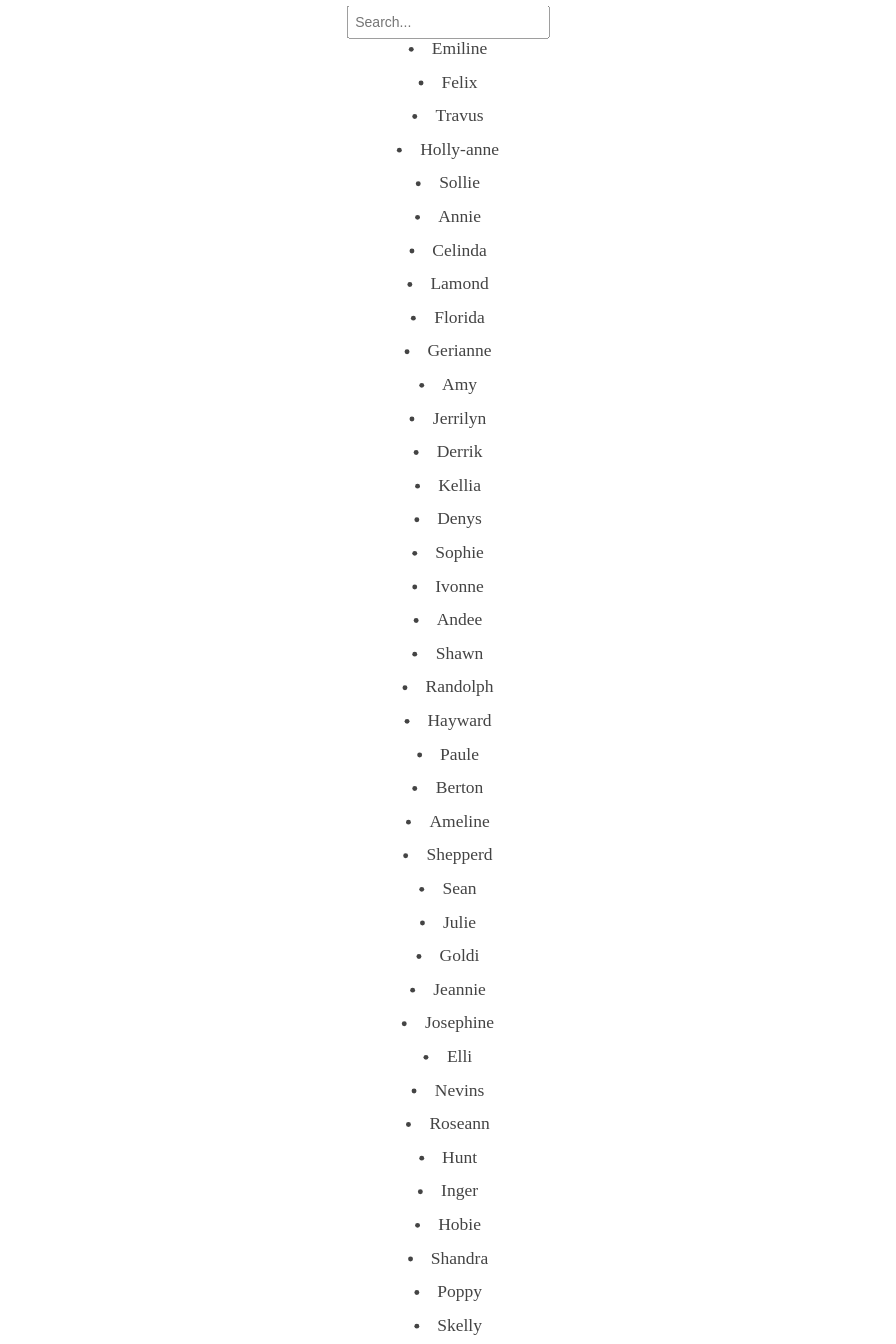
Repository: Omk1/RUStudy
Page: /
These files come from the project's save history. The page is drawn as it stood at one moment and after the next save; the edit follows.
The browser window is 1280 px wide. The pictures show the part of the page from y = 0 to 1920 px (the page is 48063 px tall), at 70% of full size.
Some web libraries are served in a nearby version. The project was rebuilt for these pictures with package versions that can differ from the ones it lists, and the page was loaded fresh each time.

Above is the page before, as saved 2023-10-07 22:10:51.

After the next save:
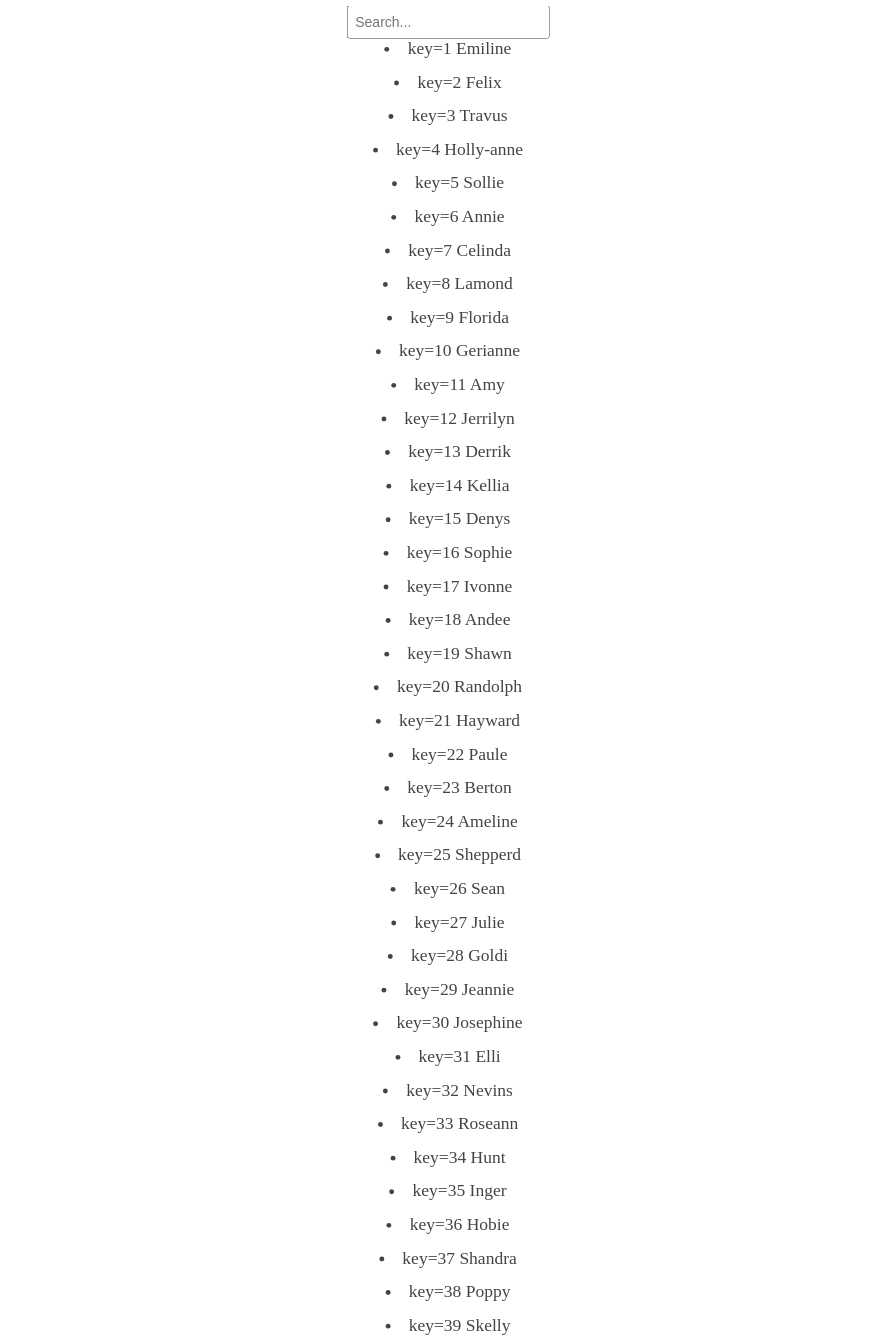
Saved 45 s later.
--- a/src/App.js
+++ b/src/App.js
@@ -10,7 +10,7 @@
     <div className="app">
       <input type="text" placeholder="Search..." className="search" onChange={e=> setQuery(e.target.value)}/>
         {Users.map(user=>(
-          <li className="listItem">{user.first_name}</li>
+          <li className="listItem"> key={user.id} {user.first_name}</li>
         ))}
     </div>
   );

After the save that followed:
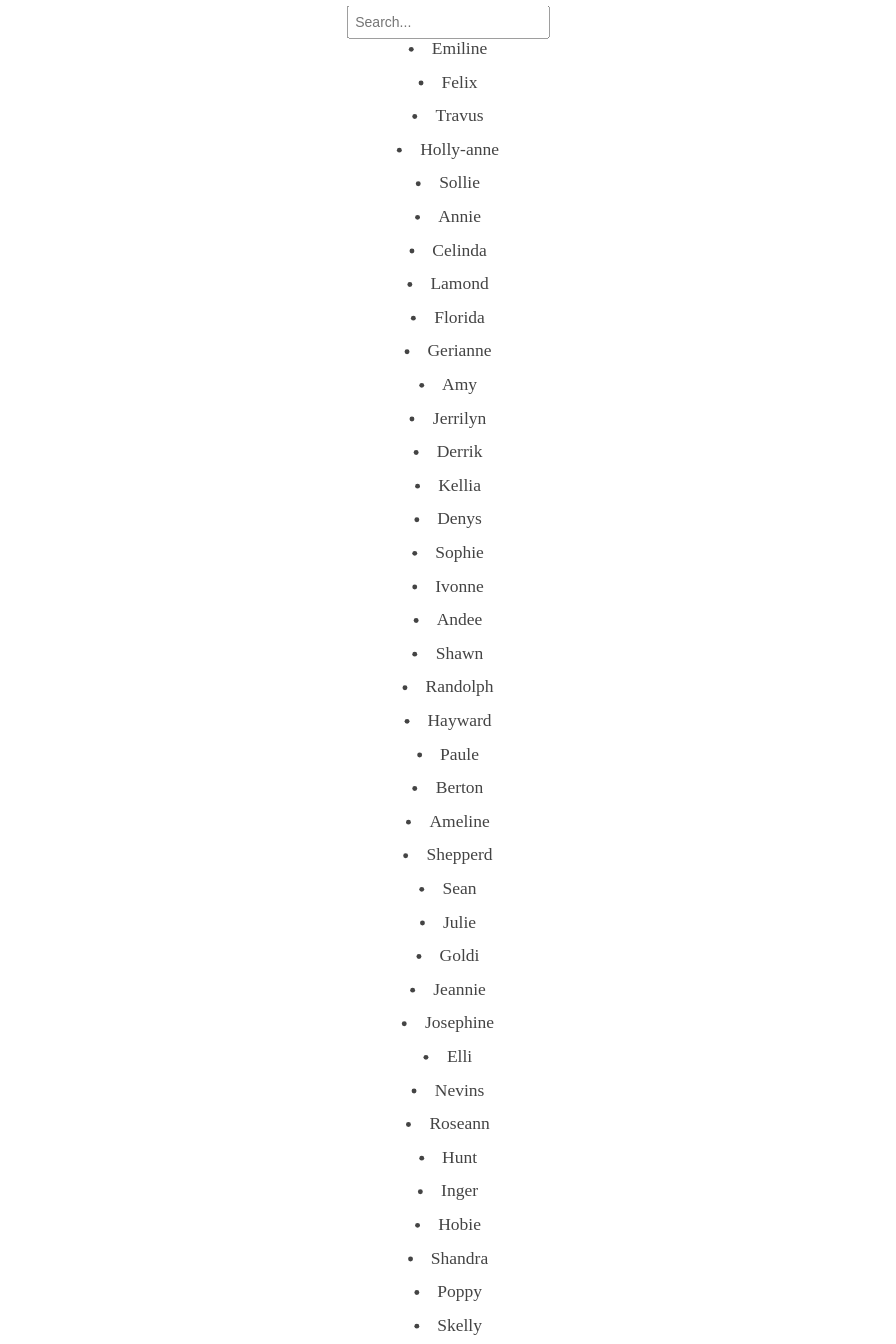
Saved 27 s later.
--- a/src/App.js
+++ b/src/App.js
@@ -10,7 +10,7 @@
     <div className="app">
       <input type="text" placeholder="Search..." className="search" onChange={e=> setQuery(e.target.value)}/>
         {Users.map(user=>(
-          <li className="listItem"> key={user.id} {user.first_name}</li>
+          <li className="listItem" key={user.id}>{user.first_name}</li>
         ))}
     </div>
   );
